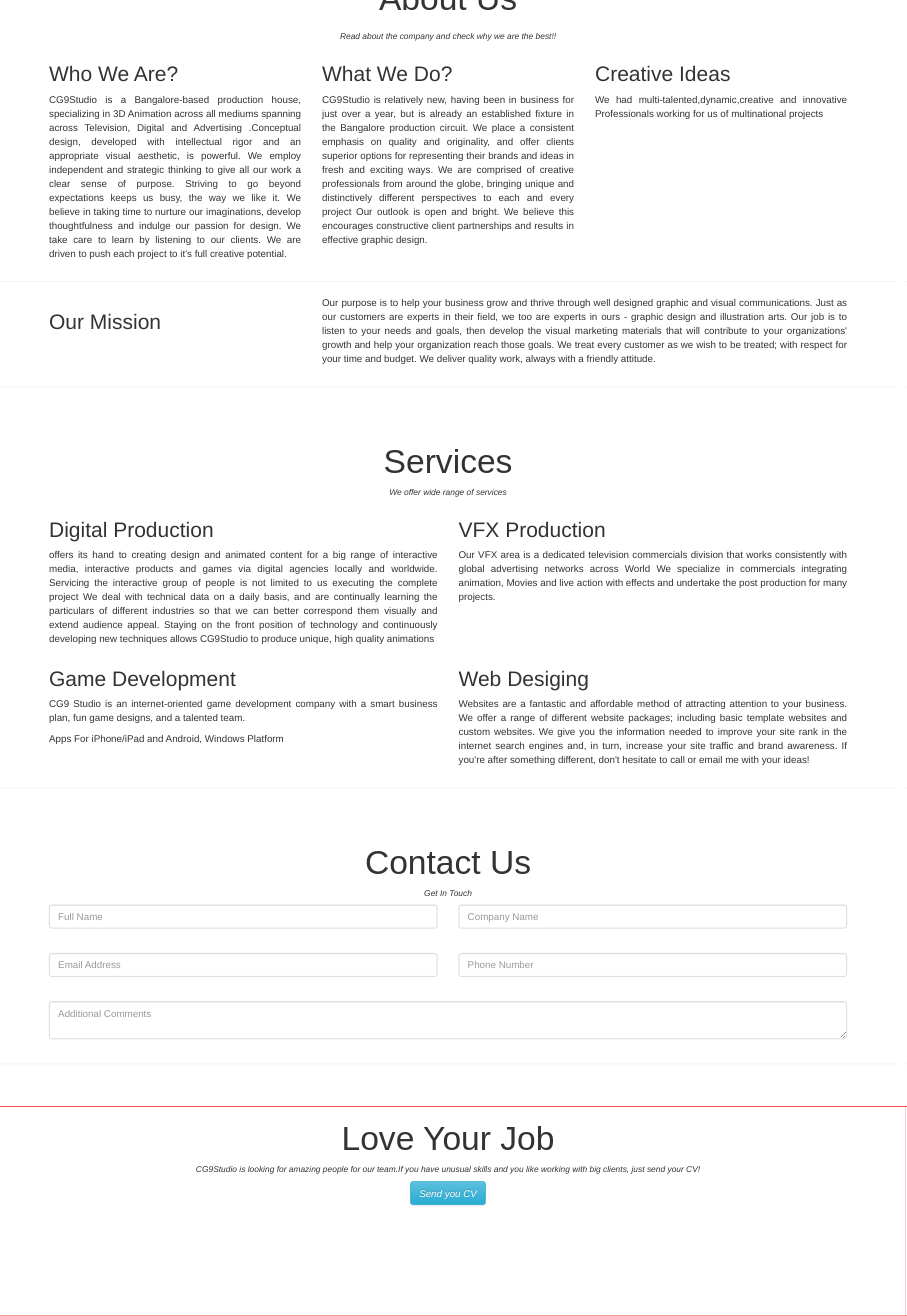
Repository: deepak6sp/BootstrapTheme1
Page: 9studio/WebContent/index.html
These files come from the project's save history. The page is drawn as it stood at one moment and after the next save; the edit follows.
The browser window is 1280 px wide. The page is 1295 px wide, so the pictures cover 1295 px, including what lies to the right of the window. The pictures show the part of the page from y = 799 to 2679 px (the page is 2679 px tall), at 70% of full size.
Some web libraries are served in a nearby version.

Above is the page before, as saved 2014-07-23 14:04:21.

### 9studio/WebContent/index.html
<!DOCTYPE html>
<html>
<head>
<meta charset="ISO-8859-1">
<title>Welcome To 9Studio</title>
<link rel="stylesheet" type="text/css" href="css/style.css">
<link rel="stylesheet" type="text/css" href="css/bootstrap.min.css">
<link rel="stylesheet" type="text/css" href="css/bootstrap-theme.min.css">
</head>
<body>
	<header class="navbar navbar-default">
		<div class="container">
			<div class="navbar-header">
				<a class="navbar-brand" href="#" title="9studio"><img src="images/logo.jpg"></a>
				<button class="navbar-toggle" data-toggle="collapse" data-target="#navheaderCollapse">
					<span class="icon-bar"></span>
			        <span class="icon-bar"></span>
			        <span class="icon-bar"></span>
	      		</button>
	      	</div>
	      	<br></br>
      		<div class="collapse navbar-collapse navbar-collapse-top" id="navheaderCollapse">
				<ul class="nav navbar-nav  navbar-right" >
					<li><a href="#">Home</a></li>
					<li><a href="#about-us">About</a></li>
					<li><a href="#service">Service</a></li>
					<li><a href="#contact">Contact</a></li>
					<li><a href="#getjob">GetJob</a></li>
				</ul>
			</div>
		</div>
		<br></br>
		<img src="images/home1.jpg" class="img-thumbnail">
	</header>
	<hr><br></br>
		<section id="about-us">
			<div class="container">
				<div class="row text-center"><h1>About Us</h1></div>
				<div class="row text-center"><h6>Read about the company and check why we are the best!!</h6></div>
			</div>
			<div class="container">
				<div class="row">
					<div class="col-md-4">
						<h2>Who We Are?</h2>
						<p class="text-justify">CG9Studio is a Bangalore-based production house, specializing in 3D Animation across all mediums spanning across Television,
						Digital and Advertising .Conceptual design, developed with intellectual rigor and an appropriate visual aesthetic, is powerful.
						We employ independent and strategic thinking to give all our work a clear sense of purpose. Striving to go beyond expectations
						keeps us busy, the way we like it. We believe in taking time to nurture our imaginations, develop thoughtfulness and indulge our
						passion for design. We take care to learn by listening to our clients. We are driven to push each project to it's full creative
						potential.</p>
					</div>
					<div class="col-md-4">
						<h2>What We Do?</h2>
						<p class="text-justify">CG9Studio is relatively new, having been in business for just over a year, but is already an established fixture in the Bangalore
						production circuit. We place a consistent emphasis on quality and originality, and offer clients superior options for representing
						their brands and ideas in fresh and exciting ways. We are comprised of creative professionals from around the globe, bringing unique
						and distinctively different perspectives to each and every project Our outlook is open and bright. We believe this encourages
						constructive client partnerships and results in effective graphic design.</p>
					</div>
					<div class="col-md-4">
						<h2>Creative Ideas</h2>
						<p class="text-justify"> We had multi-talented,dynamic,creative and innovative Professionals working for us of multinational projects</p>
					</div>
				</div>
			</div>
			<hr>
			<div class="container">
				<div class="row">
					<div class="col-md-4">
						<h2>Our Mission</h2>
					</div>
					<div class="col-md-8">
						<p class="text-justify">Our purpose is to help your business grow and thrive through well designed graphic and visual communications. Just as our
						customers are experts in their field, we too are experts in ours - graphic design and illustration arts. Our job is to listen
						to your needs and goals, then develop the visual marketing materials that will contribute to your organizations' growth and help
						your organization reach those goals. We treat every customer as we wish to be treated; with respect for your time and budget. We
						deliver quality work, always with a friendly attitude.
					</div>
				</div>
			</div>
		</section>

	<hr><br></br>
		<section id="service">
			<div class="container">
				<h1 class="row text-center">Services</h1>
				<h6 class="row text-center">We offer wide range of services</h6>
			</div>
			<div class="container">
				<div class="row">
					<div class="col-md-6">
						<h2>Digital Production</h2>
						<p class="text-justify"> offers its hand to creating design and animated content for a big range of interactive media, interactive products and games
						via digital agencies locally and worldwide.  Servicing the interactive group of people is not limited to us executing the complete
						project We deal with technical data on a daily basis, and are continually learning the particulars of different industries so that
						we can better correspond them visually and extend audience appeal. Staying on the front position of technology and continuously
						developing new techniques allows CG9Studio to produce unique, high quality animations</p>
					</div>
					<div class="col-md-6">
						<h2>VFX Production</h2>
						<p class="text-justify">Our VFX area is a dedicated television commercials division that works consistently with global advertising networks across
						World We specialize in commercials integrating animation, Movies and live action with effects and undertake the post production for
						many projects.</p>
					</div>
				</div>
			</div>
			<div class="container">
				<div class="row">
					<div class="col-md-6">
						<h2>Game Development</h2>
						<p class="text-justify">CG9 Studio is  an internet-oriented game development company with a smart business plan, fun  game designs, and a talented team.</P>
						<p class="text-justify">Apps For  iPhone/iPad and Android, Windows Platform</p>
					</div>
					<div class="col-md-6">
						<h2>Web Desiging</h2>
						<p class="text-justify">Websites are a fantastic and affordable method of  attracting attention to your business. We offer a range of different website
						packages; including basic template websites and custom websites. We give you the  information needed to improve your site rank in the
						internet search engines  and, in turn, increase your site traffic and brand awareness.  If you're  after something different, don't
						hesitate to call or email me with your ideas!</p>
					</div>
				</div>
			</div>
		</section>

	<hr><br></br>
		<section id="contact">
			<div class="container">
				<h1 class="row text-center">Contact Us</h1>
				<h6 class="row text-center">Get In Touch</h6>
			</div>
			<div class="container">
				<form class="row">
					<div class="col-md-6">
						<div class="form-group">
							<input type="text" class="form-control" placeholder="Full Name"/>
						</div>
						<br />
						<div class="form-group">
							<input type="email" class="form-control" placeholder="Email Address">
						</div>
						<br />
					</div>
					<div class="col-md-6">
						<div class="form-group">
							<input type="text" class="form-control" placeholder="Company Name">
						</div>
						<br />
						<div class="form-group">
							<input type="number" class="form-control" placeholder="Phone Number">
						</div>
						<br />
					</div>
					<div class="col-md-12">
						<div class="form-group">
							<textarea class="form-control" placeholder="Additional Comments"></textarea>
						</div>
					</div>
				</form>
			</div>
		</section>

	<hr><br></br>
		<section id="getjob">
			<div id="container" >
				<div class="row text-center" style="height:300px; border:1px solid red;">
					<h1 >Love Your Job</h1>
					<h6 >CG9Studio is looking for amazing people for our team.If you have unusual skills and you like working with big clients, just send your CV!</h6>
					<h6 ><button type="button" class="btn btn-info">Send you CV</button></h6>
				</div>
			</div>
		</section>
		<!-- <footer class="navbar navbar-inverse navbar-fixed-bottom">
			<div class="container">
				<div class="row text-center">
					<h5> Copyright @ Designed By Deepak,Melbourne</h5>
				</div>
			</div>
		</footer> -->

	<script src="http://ajax.googleapis.com/ajax/libs/jquery/1.11.1/jquery.min.js"></script>
	<script src="js/bootstrap.min.js"></script>
	<script src="js/script.js"></script>
</body>
</html>

### 9studio/WebContent/css/style.css
@CHARSET "ISO-8859-1";

div h1{
	font-family:Arial,Helvetica,sans-serif;
	font-size:48px;
}

div h6{
	font-style:italic;
}

div h5{
	color:white;
}
div ul li a{
	color:grey;
	font-size:18px;
}

div ul li a:hover{
	font-style:bold;
}

### 9studio/WebContent/js/script.js
$(document).ready(function(){
		$('a[href^="#"]').on('click',function (e) {
		    e.preventDefault();

		    var target = this.hash,
		    $target = $(target);

		    $('html, body').stop().animate({
		        'scrollTop': $target.offset().top
		    }, 900, 'swing', function () {
		        window.location.hash = target;
		    });
		});
	});

Loaded but not shown: 9studio/WebContent/css/bootstrap.min.css (library); 9studio/WebContent/css/bootstrap-theme.min.css (library); 9studio/WebContent/js/bootstrap.min.js (library)

After the next save:
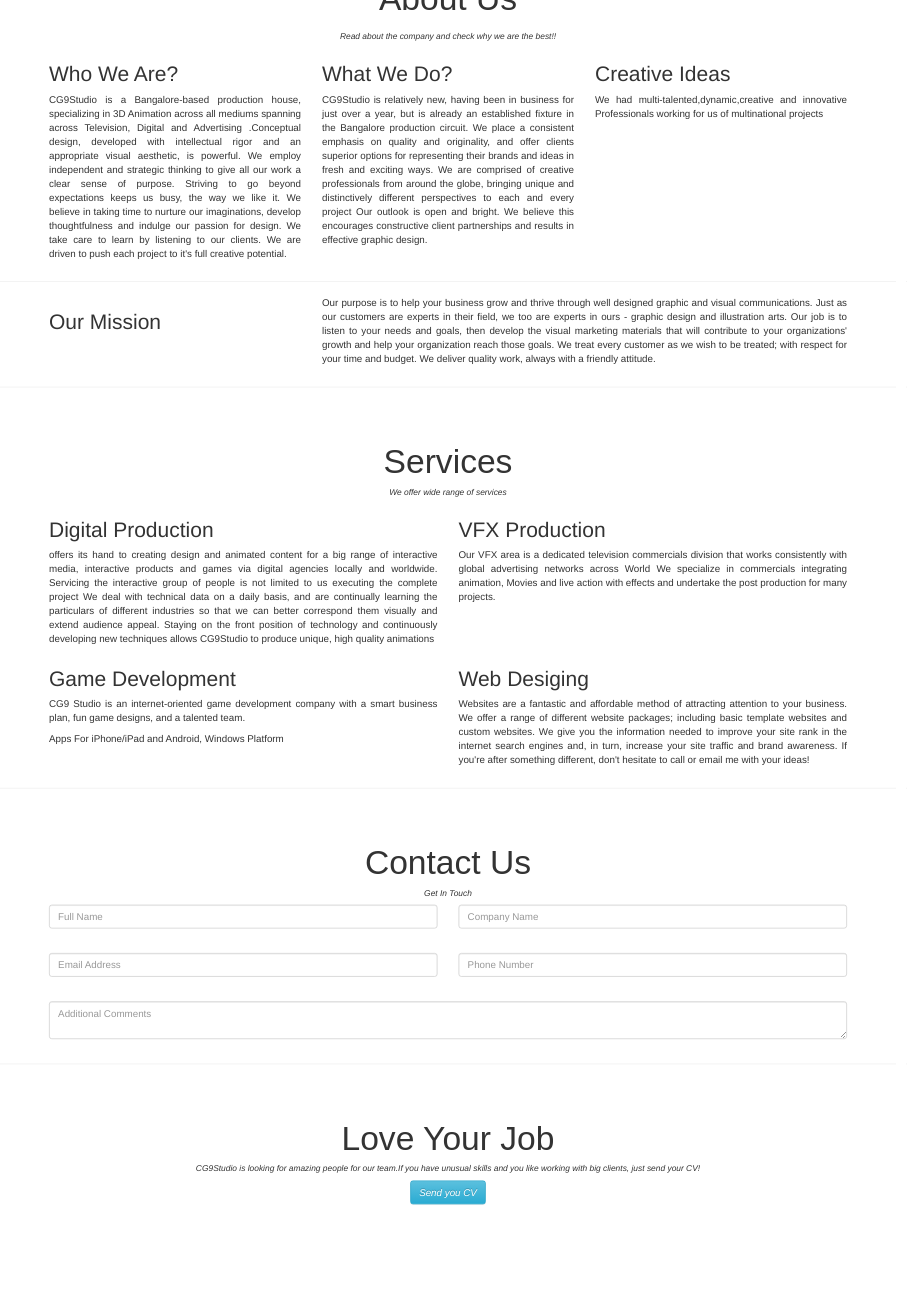
Saved 21 s later.
--- a/9studio/WebContent/index.html
+++ b/9studio/WebContent/index.html
@@ -162,7 +162,7 @@
 	<hr><br></br>
 		<section id="getjob">
 			<div id="container" >
-				<div class="row text-center" style="height:300px; border:1px solid red;">
+				<div class="row text-center" style="height:300px;">
 					<h1 >Love Your Job</h1>
 					<h6 >CG9Studio is looking for amazing people for our team.If you have unusual skills and you like working with big clients, just send your CV!</h6>
 					<h6 ><button type="button" class="btn btn-info">Send you CV</button></h6>
